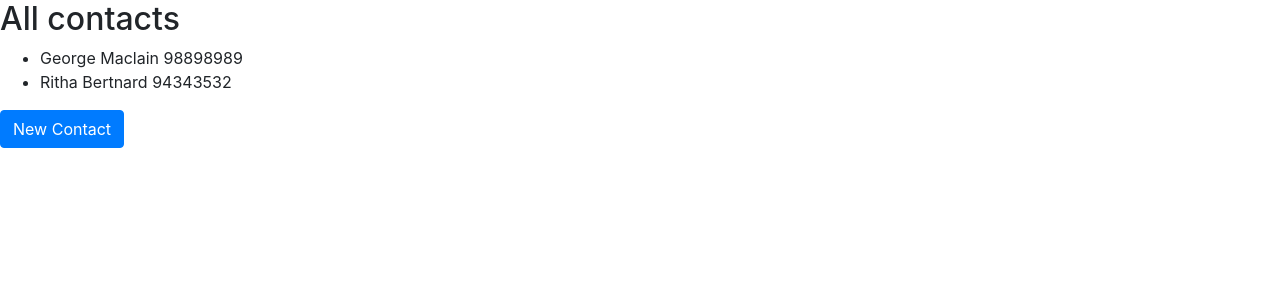
Repository: fishercom/react-phonebook
Page: /create
These files come from the project's save history. The page is drawn as it stood at one moment and after the next save; the edit follows.
The browser window is 1280 px wide. The pictures show the whole page.
The project was rebuilt for these pictures with package versions that can differ from the ones it lists, and the page was loaded fresh each time. Also part of the build but not shown: src/App.css, src/components/Form.js.

Above is the page before, as saved 2021-01-30 22:44:09.

### src/App.js
import React from 'react';

import './App.css';
import List from './components/List';
import Form from './components/Form';


class App extends React.Component {

  constructor(props) {
    super(props);
    this.state = {
      contacts: [
        { id: '1', firstName: 'George', lastName: 'Maclain', phoneNumber: '98898989' },
        { id: '2', firstName: 'Ritha', lastName: 'Bertnard', phoneNumber: '94343532' }
      ]
    };
  }

  changeView = (action, changeParams = {}) => {
    let contact = { personId: null, newPerson: null, updatedPerson: null, deleteId: null };
    contact = { ...changeParams };
    console.log(contact);

    let state = { ...this.state };
    state.action = action;
    let tmp = [...this.state.contacts];
    if (action === 'insert') {
      tmp.push(contact);
    }
    state.contacts = tmp;

    console.log(state);
    super.setState(state);
  }

  render() {
    let view = null;
    switch (this.state.action) {
      case 'Form':
        view = <Form state={this.state} switch={this.changeView} />
        break;
      default:
        view = <List state={this.state} switch={this.changeView} />
    }

    return <section>{view}</section>
  }

}

export default App;

### src/components/List.js
import React from 'react';

class List extends React.Component {

    state = this.props.state;

    render() {
        return (
            <section>
                <h2>All contacts</h2>
                <ul className="contactList">
                    {this.state.contacts.map((contact) => <li key={contact.id}>{contact.firstName} {contact.lastName} {contact.phoneNumber}</li>)}
                </ul>
                <button className="btn btn-primary" onClick={() => this.props.switch('Form')}>New Contact</button>
            </section>
        );
    }

}

export default List

Loaded but not shown: public/index.html (common file); src/index.js (common file); src/index.css (common file); src/reportWebVitals.js (common file)

After the next save:
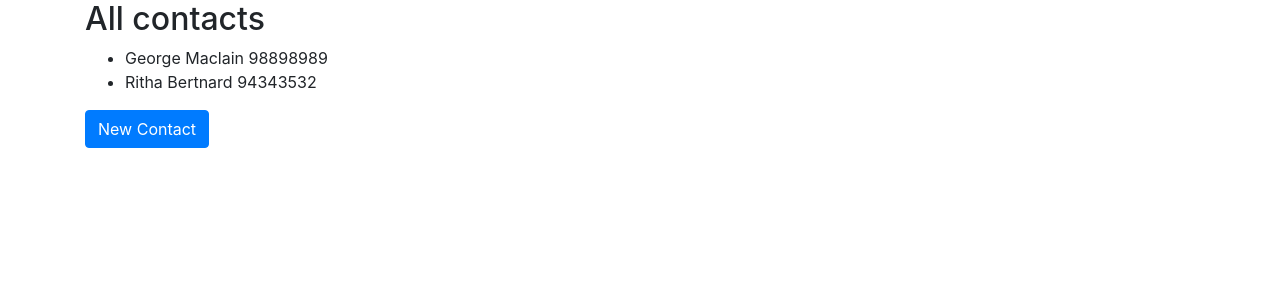
Saved 116 s later.
--- a/src/App.js
+++ b/src/App.js
@@ -44,7 +44,12 @@ class App extends React.Component {
         view = <List state={this.state} switch={this.changeView} />
     }
 
-    return <section>{view}</section>
+    return (
+      <section>
+        <div className="container">
+        {view}
+        </div>
+      </section>)
   }
 
 }
